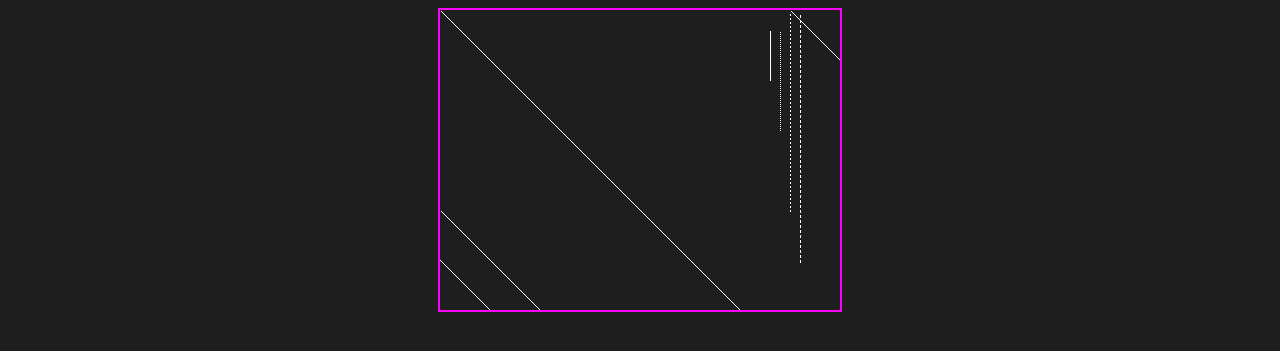
Repository: StarLightGX/miao
Page: paint.html
An editor plug-in stored every save of this project. The page is shown before and after the next save, followed by the edit.
The browser window is 1280 px wide. The pictures show the whole page.

Above is the page before, as saved 2020-11-12 20:05:04.

### paint.html
<!DOCTYPE html>
<html lang="en">
  <head>
    <meta charset="UTF-8" />
    <title>画图</title>
    <style>
      html {
        background-color: rgb(30, 30, 30);
      }
      canvas {
        border: 2px solid #f0f;
        display: block;
        margin: auto;
      }
    </style>
  </head>
  <body>
    <canvas width="400" height="300"></canvas>
  </body>
  <script>
    var canvas = document.querySelector("canvas");
    canvas.style.imageRendering = "pixelated";
    var ctx = canvas.getContext("2d");

    function dot(x, y, color = "white") {
      x = x | 0;
      y = y | 0;
      ctx.fillStyle = color;
      ctx.fillRect(x, y, 1, 1);
    }

    function line(x1, y1, x2, y2) {
      ctx.strokeStyle = "black";
      ctx.moveTo(x1, y1);
      ctx.lineTo(x2, y2);
      ctx.stroke();
    }
    /**
   * YOUR TASK
画图的题：
画一条实线
画一条一个实点一个空点的虚线
画一条两个实点两个空点的虚线
画一条三个实点两个空点的虚线
画一条45度的斜线
画一条30度的斜线（选做）
在四个角画分别画一条45度的斜线以让画面看起来像一个相框
画一条跨越画布左上角和右下角的对角线
画一个空心矩形
画一个实心矩形
画一个rgb色彩空间的某一面
画一个空心的圆
画一个实心的圆
画一个大小合适的sin(x)的图像
   */
  </script>
  <script>
    // YOUR CODE GOES BELOW
    var x = 1;
    var y = 1;
    var i = 0;

    // 画一条实线
    y = 20;
    for (i = 0; i < 50; i++) {
      y = y + 1;
      x = 330;
      dot(x, y);
    }

    // 画一条一个实点一个空点的虚线
    y = 20;
    for (i = 0; i < 50; i++) {
      y = y + 2;
      x = 340;
      dot(x, y);
    }

    // 画一条两个实点两个空点的虚线

    for (i = 0; i < 50; i++) {
      y = 4 * (i + 1);
      x = 350;
      dot(x, y);
    }

    for (i = 0; i < 50; i++) {
      y = 4 * (i + 1) + 1;
      x = 350;
      dot(x, y);
    }

    // 画一条三个实点两个空点的虚线

    for (i = 0; i < 50; i++) {
      y = 5 * (i + 1);
      x = 360;
      dot(x, y);
    }

    for (i = 0; i < 50; i++) {
      y = 5 * (i + 1) + 1;
      x = 360;
      dot(x, y);
    }

    for (i = 0; i < 50; i++) {
      y = 5 * (i + 1) + 2;
      x = 360;
      dot(x, y);
    }

    // 画一条45度的斜线
    y = 0;
    for (i = 0; i < 1050; i++) {
      y = y + 1;
      x = y;
      dot(x, y);
    }
    // 画一条30度的斜线（选做）
    y = 0;
    for (i = 0; i < 1050; i++) {
      y = y + 1;
      x = y;
      dot(x, y);
    }
    // 在四个角画分别画一条45度的斜线以让画面看起来像一个相框
    y = 0;
    for (i = 0; i < 1050; i++) {
      y = y + 1;
      x = y;
      dot(x - 250, y);
    }
    y = 0;
    for (i = 0; i < 1050; i++) {
      y = y + 1;
      x = y;
      dot(x + 350, y);
    }
    y = 0;
    for (i = 0; i < 1050; i++) {
      y = y + 1;
      x = y;
      dot(y, x + 200);
    }

    // 画一条跨越画布左上角和右下角的对角线
    // 画一个空心矩形
    // 画一个实心矩形
    // 画一个rgb色彩空间的某一面
    // 画一个空心的圆
    // 画一个实心的圆
    // 画一个大小合适的sin(x)的图像
  </script>
</html>

After the next save:
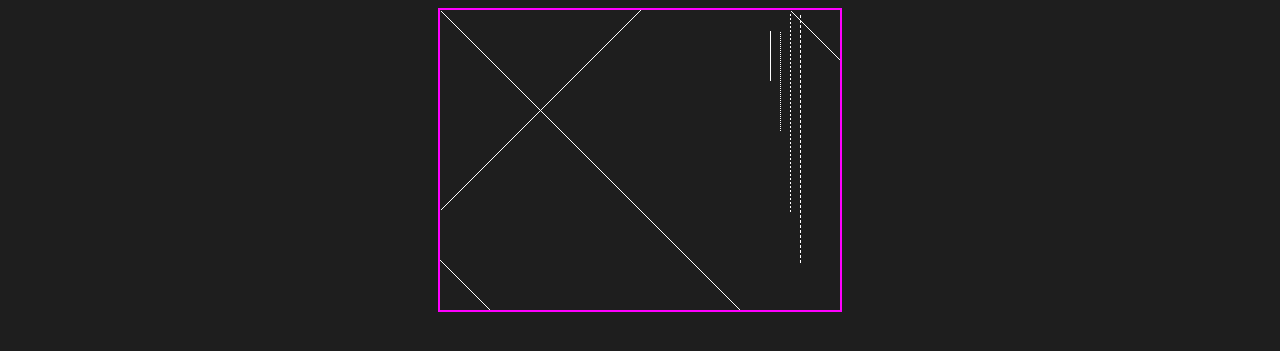
Saved 58 s later.
--- a/paint.html
+++ b/paint.html
@@ -140,7 +140,7 @@
     y = 0;
     for (i = 0; i < 1050; i++) {
       y = y + 1;
-      x = y;
+      x = -y;
       dot(y, x + 200);
     }
 
